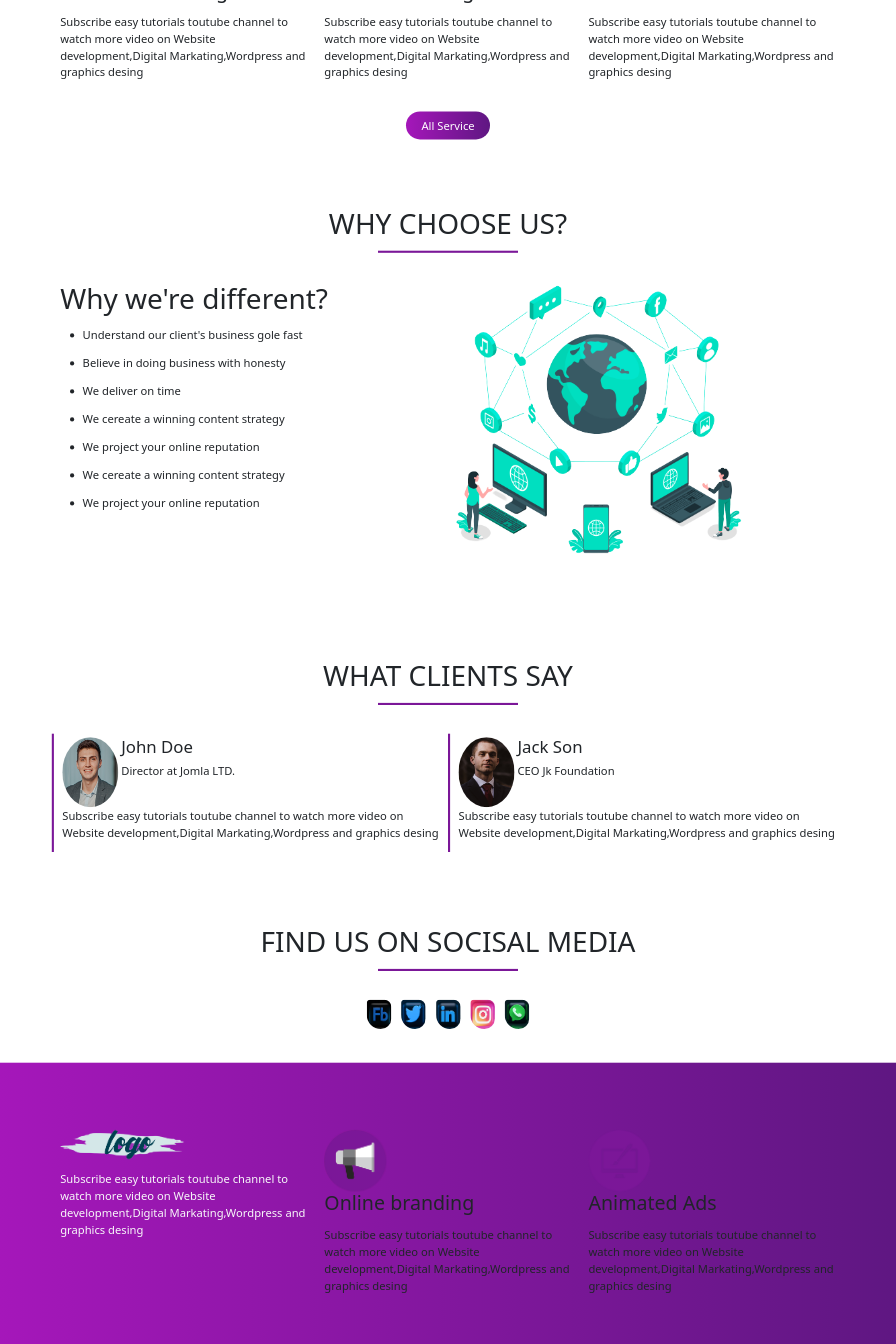
Repository: zjria/PSD-to-HTML-DIGITAL-AGENCY
Page: index.html
These files come from the project's save history. The page is drawn as it stood at one moment and after the next save; the edit follows.
The browser window is 1280 px wide. The pictures show the part of the page from y = 813 to 2733 px (the page is 2733 px tall), at 70% of full size.
Some web libraries are served in a nearby version.

Above is the page before, as saved 2022-05-11 22:54:05.

After the next save:
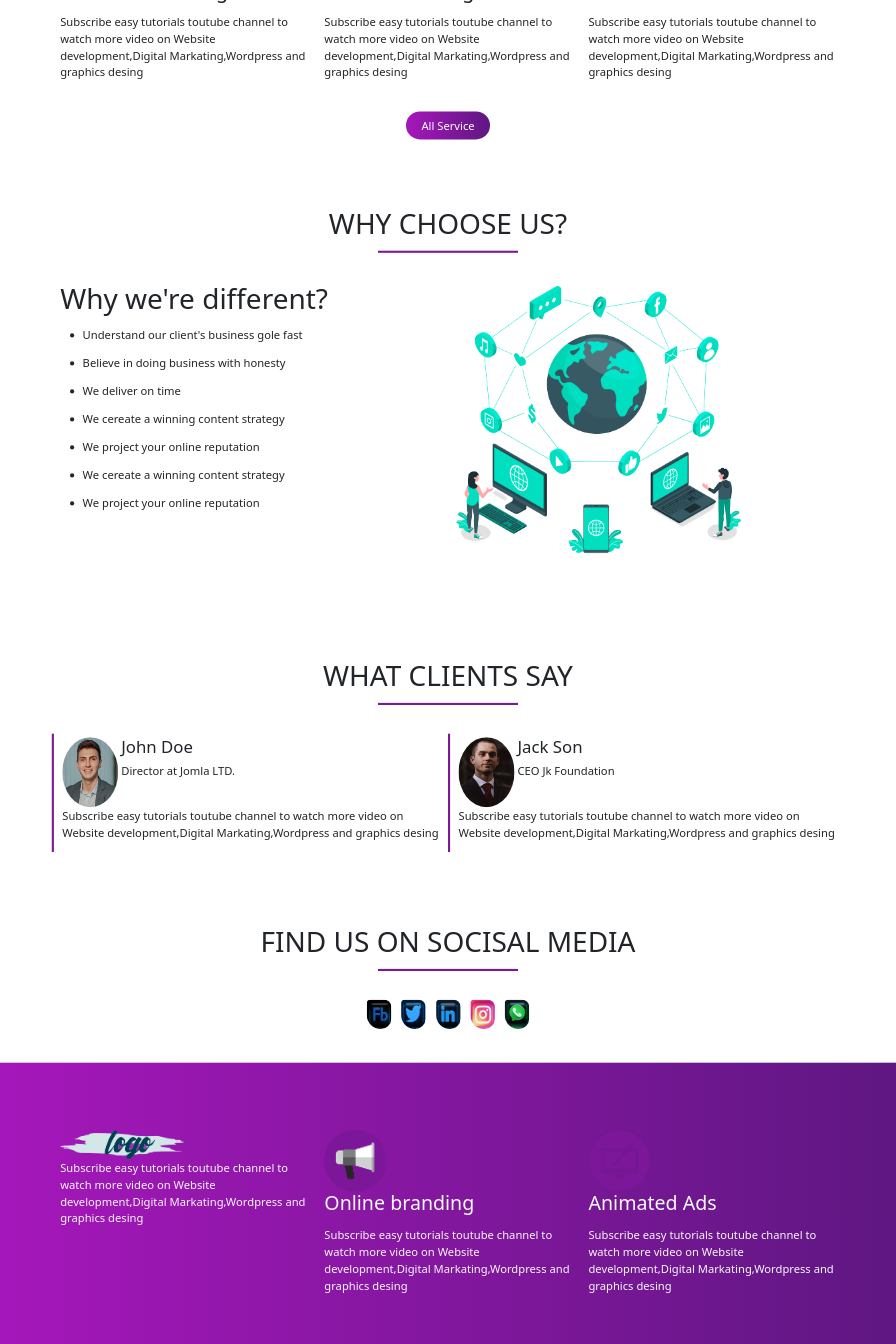
Saved 4 min 20 s later.
--- a/index.html
+++ b/index.html
@@ -177,12 +177,11 @@
     <!-- Social Section End -->
     <!-- Footer Section Start -->
     <section class="Footer-section" id="Footer">
-      <div class="container p-3 py-5">
-
+      <div class="container p-3 py-5 text-light">
         <div class="row mt-5">
           <div class="col-12 col-md-4 mb-2">
             <img src="img/h_logo.png" alt="" class="img-fluid w-50">
-            <p class="text-light py-3">
+            <p>
               Subscribe easy tutorials toutube channel to watch more video on Website development,Digital Markating,Wordpress and graphics desing</p>
           </div>
           <div class="col-12 col-md-4 mb-2">
